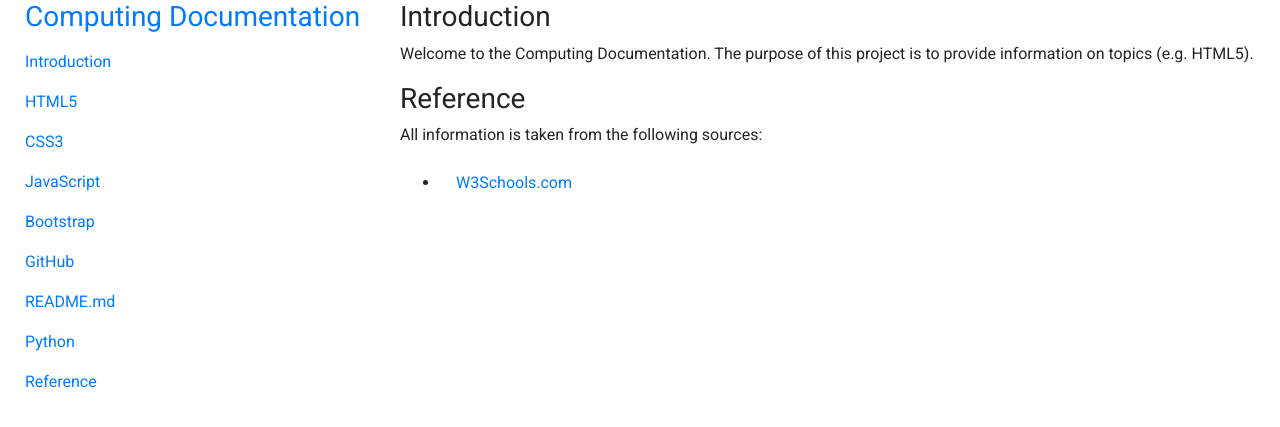
Repository: derektypist/technical-documentation-page
Page: index.html
The author's editor kept a record of every edit. The page is drawn from the files as they stood at one moment, then again after the next edit.
The browser window is 1280 px wide. The pictures show the whole page.

Above is the page before.

After the next edit:
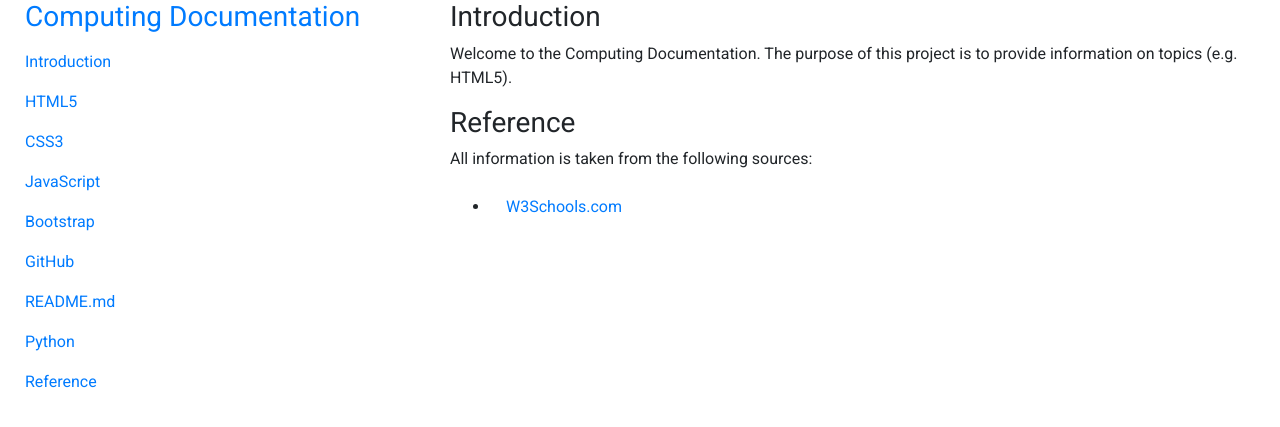
The edit:
--- a/index.html
+++ b/index.html
@@ -24,7 +24,7 @@
 
         /* Main Section */
         .main-section {
-          ;
+          margin-left: 50px;
         }
     </style>
 </head>
